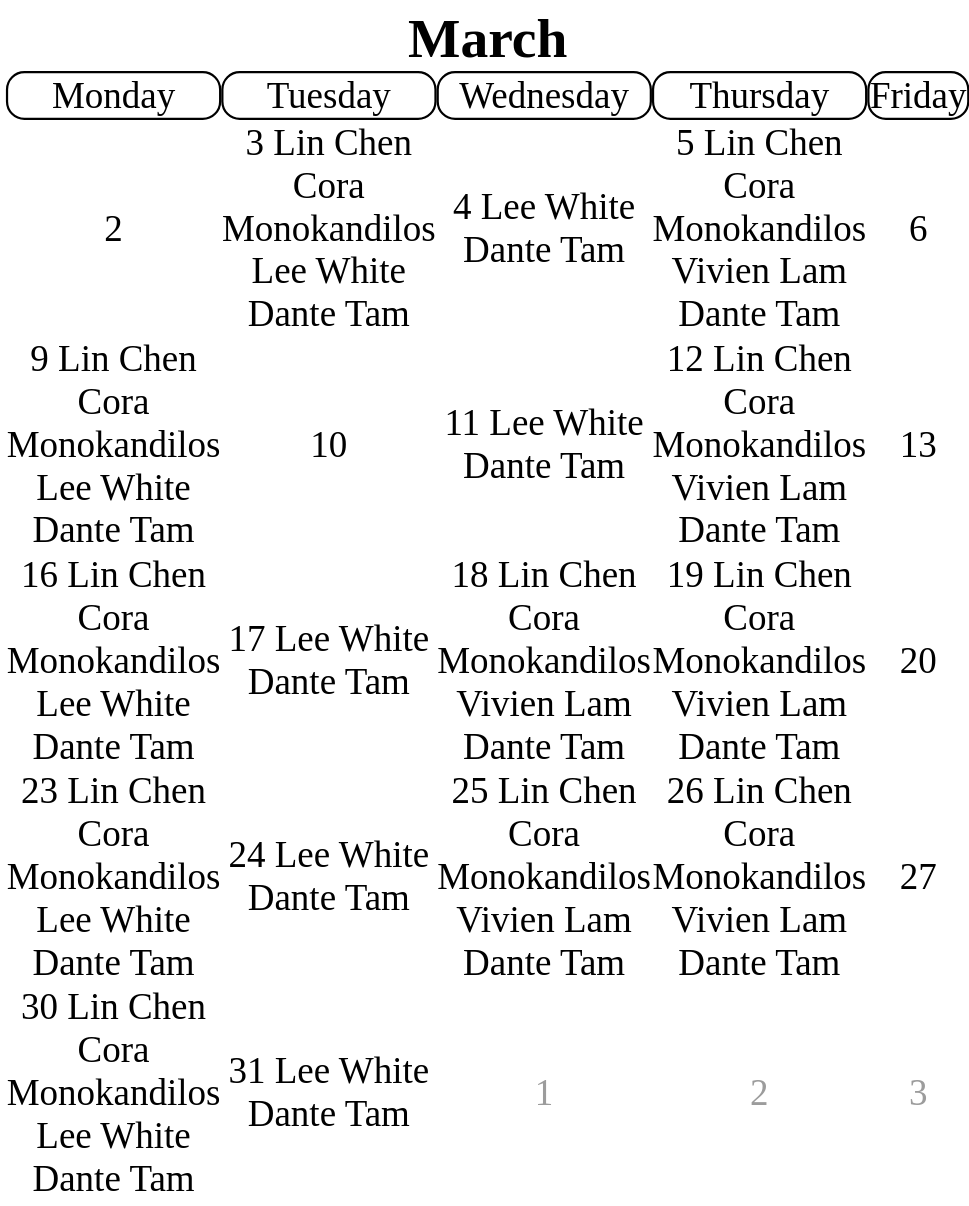
Repository: shleewhite/missionBitCalendar
Page: views/mar.html
The author's editor kept a record of every edit. The page is drawn from the files as they stood at one moment, then again after the next edit.
The browser window is 1280 px wide. The page is 1310 px wide, so the pictures cover 1310 px, including what lies to the right of the window. The pictures show the whole page, at 74% of full size.

Above is the page before.

### views/mar.html
<article id="mar">
<html>
    <link rel="stylesheet" type="text/css" href="main.css">
    <head></head>
    <body>
        <table id="monthTable">
                <th class="monthHeader" colspan="5">March</th>
            <tr>
                <td class="weekday">Monday</td>
                <td class="weekday">Tuesday</td>
                <td class="weekday">Wednesday</td>
                <td class="weekday">Thursday</td>
                <td class="weekday">Friday</td>
            </tr>
            <tr>
                <td>2</td>
                <td>3 Lin Chen<br>Cora Monokandilos<br>Lee White<br>Dante Tam</td>
                <td>4 Lee White<br>Dante Tam</td>
                <td>5 Lin Chen<br>Cora Monokandilos<br>Vivien Lam<br>Dante Tam</td>
                <td>6</td>
            </tr>
            <tr>
                <td>9 Lin Chen<br>Cora Monokandilos<br>Lee White<br>Dante Tam</td>
                <td>10</td>
                <td>11 Lee White<br>Dante Tam</td>
                <td>12 Lin Chen<br>Cora Monokandilos<br>Vivien Lam<br>Dante Tam</td>
                <td>13</td>
            </tr>
            <tr>
                <td>16 Lin Chen<br>Cora Monokandilos<br>Lee White<br>Dante Tam</td>
                <td>17 Lee White<br>Dante Tam</td>
                <td>18 Lin Chen<br>Cora Monokandilos<br>Vivien Lam<br>Dante Tam</td>
                <td>19 Lin Chen<br>Cora Monokandilos<br>Vivien Lam<br>Dante Tam</td>
                <td>20</td>
            </tr>
            <tr>
                <td>23 Lin Chen<br>Cora Monokandilos<br>Lee White<br>Dante Tam</td>
                <td>24 Lee White<br>Dante Tam</td>
                <td>25 Lin Chen<br>Cora Monokandilos<br>Vivien Lam<br>Dante Tam</td>
                <td>26 Lin Chen<br>Cora Monokandilos<br>Vivien Lam<br>Dante Tam</td>
                <td>27</td>
            </tr>
            <tr>
                <td>30 Lin Chen<br>Cora Monokandilos<br>Lee White<br>Dante Tam</td>
                <td>31 Lee White<br>Dante Tam</td>
                <td class="nextMonth">1</td>
                <td class="nextMonth">2</td>
                <td class="nextMonth">3</td>
            </tr>
        </table>
    </body>
</html>

### views/main.css
table {
    text-align: center;
    font-size: 50px;
    width: 100%;
    height: 700px;
    border-spacing: 50px 20px;

}
table th {
    text-align: center;
}
#year{
    /*font-family: 'Lobster', cursive;*/
    font-size: 100px;
}
.month{
    border-collapse: separate;
    border-color: #000000;
    border-radius: 25px;
    border-style: double;

    border-top-width: 15px;
    border-bottom-width: 15px;
    border-left-width: 15px;
    border-right-width: 15px;
    cursor: pointer;
}
.monthHeader {
    font-size: 75px;
    border-style: none;
}
.weekday {
    font-size: 50px;
    border-style: solid;
    border-radius: 25px;
}
#monthTable {
    border-spacing: 0px;
    border-color: #000000;
    border-radius: 25px;
    cursor: pointer;
    padding: 0px;
}
.days {
    font-size: 20px;
    text-align: left;
    border-style: double;
}
.noOne {
    text-align: center;
}
.nextMonth {
    color: #9C9C9C;
}

After the next edit:
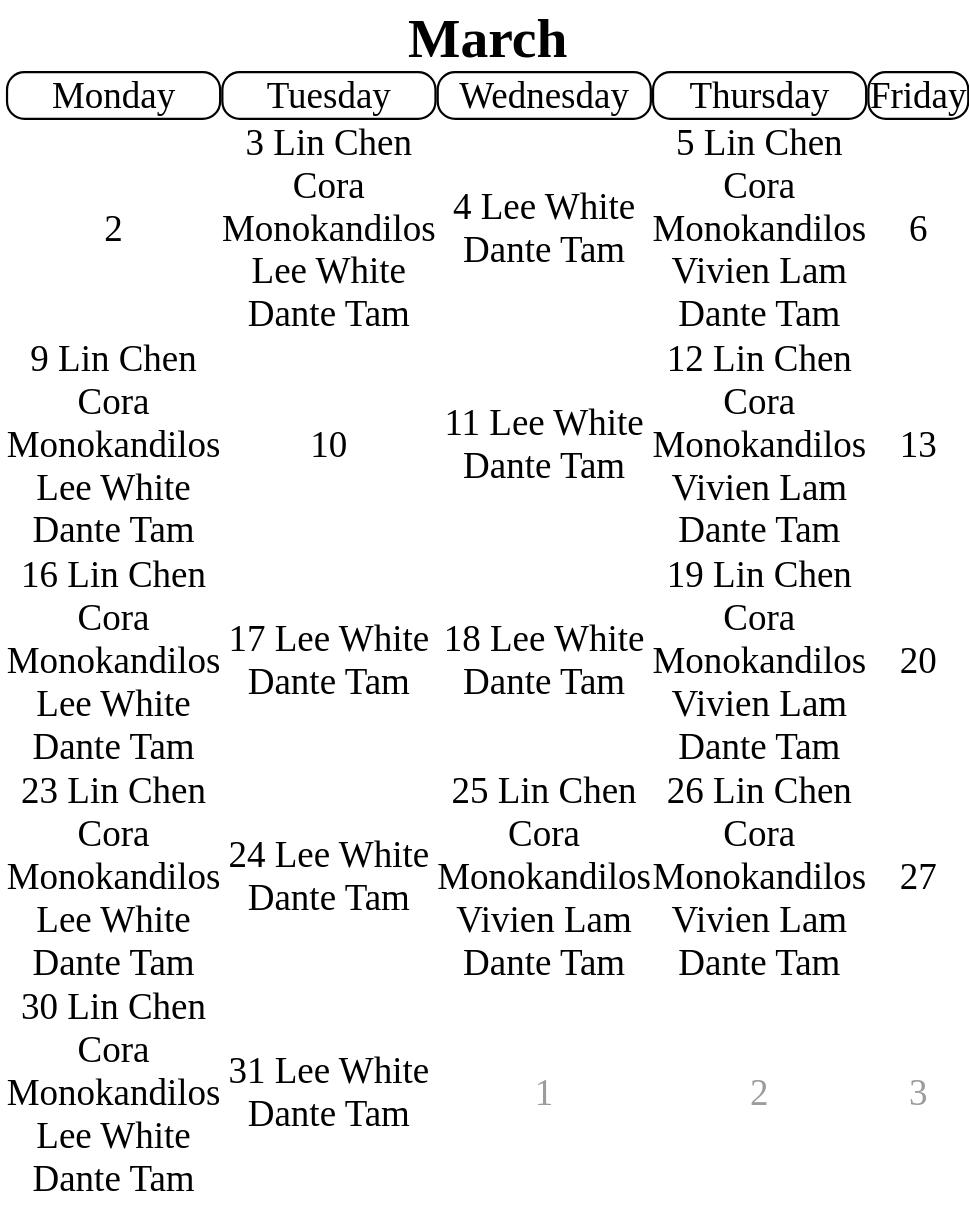
The edit:
--- a/views/mar.html
+++ b/views/mar.html
@@ -29,7 +29,7 @@
             <tr>
                 <td>16 Lin Chen<br>Cora Monokandilos<br>Lee White<br>Dante Tam</td>
                 <td>17 Lee White<br>Dante Tam</td>
-                <td>18 Lin Chen<br>Cora Monokandilos<br>Vivien Lam<br>Dante Tam</td>
+                <td>18 Lee White<br>Dante Tam</td>
                 <td>19 Lin Chen<br>Cora Monokandilos<br>Vivien Lam<br>Dante Tam</td>
                 <td>20</td>
             </tr>
